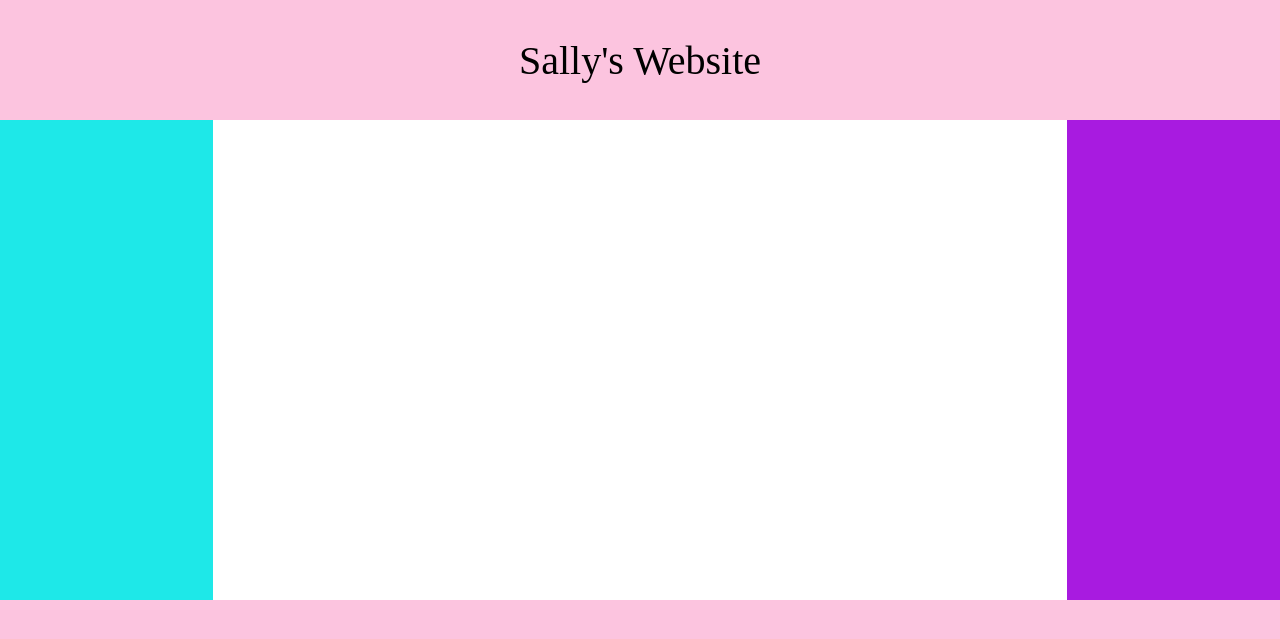
Repository: tianjiewang2022/tianjiewang2022.github.io
Page: index.html
The author's editor kept a copy of each file at every save. The page is drawn from the files as they stood at one save, then again after the next save.
The browser window is 1280 px wide. The pictures show the whole page.

Above is the page before, as saved 2023-10-02 23:06:34.

### index.html
<!DOCTYPE html>
<html lang="en">

    <head>
        <meta charset="UTF-8">
        <meta name="viewport" content="width=device-width, initial-scale=1.0">
        <title>Sally's Webpage</title>
        <style>
            body {
                margin: 0;
                padding: 0;
                display: grid;
                grid-template-rows: repeat(6, 1fr);
                grid-template-columns: repeat(6, 1fr);
                height: 100vh;
            }

            header {
                background-color: rgb(252, 196, 223);
                color: rgb(0, 0, 0);
                grid-column: 1 / span 6;
                grid-row: 1 / span 1;
                display: flex;
                justify-content: center;
                align-items: center;
                font-size: 40px;
                z-index: 100;
                height: calc(100vh / 6);
                /* Set the height of the header */
            }

            .left_bar {
                background-color: rgb(30, 232, 232);
                grid-row: 2 / span 4;
                grid-column: 1 / span 1;
                position: fixed;
                height: calc(4 * (100vh / 6));
                /* Set the height of the left bar */
                width: calc(1 * (100vw / 6));
                /* Set the width of the left bar */
                left: 0;
                /* Position the left bar at the left side */
            }

            /* .main_area {
                background-color: rgb(30, 240, 72);
                grid-row: 2 / span 4;
                grid-column: 2 / span 4;
                display: flex;
                grid-template-columns: 1fr;
                flex-wrap: wrap;
                justify-content: center;
                position: relative;
                height: calc(4 * (100vh / 6));
                width: calc(4 * (100vw / 6));
                align-items: center;
            } */

            .right_bar {
                background-color: rgb(168, 27, 224);
                grid-row: 2 / span 4;
                grid-column: 5 / span 1;
                position: fixed;
                height: calc(4 * (100vh / 6));
                /* Set the height of the left bar */
                width: calc(1 * (100vw / 6));
                /* Set the width of the left bar */
                right: 0;
                /* Position the left bar at the left side */
            }

            footer {
                background-color: rgb(252, 196, 223);
                grid-column: 1 / span 6;
                grid-row: 6 / span 1;
                /* Place the footer in the last row */
                display: flex;
                justify-content: center;
                align-items: center;
                z-index: 100;
                height: calc(100vh / 6);
                /* Set the height of the footer */
            }
        </style>
    </head>

    <body>
        <header>
            Sally's Website
        </header>
        <div>
            <!-- Your content goes here -->
            <span class="left_bar"></span>
            <span class="right_bar"></span>
            <!-- <span class="main_area"></span> -->

        </div>
        <footer></footer>
    </body>

</html>

After the next save:
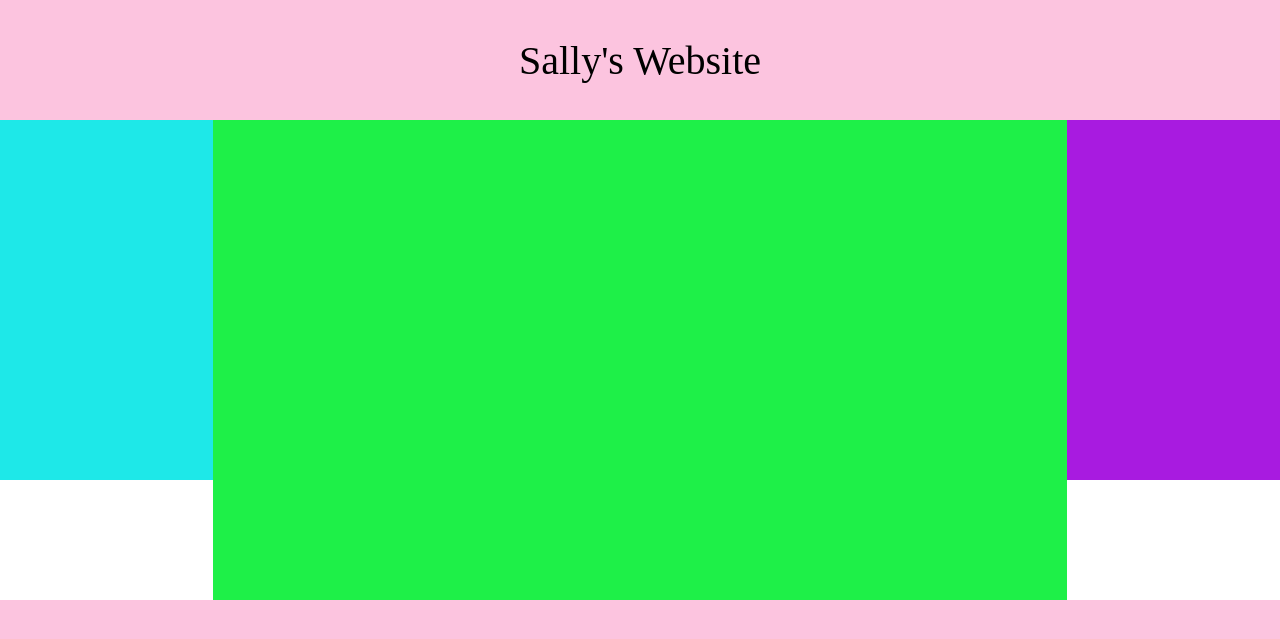
Saved 6 min 15 s later.
--- a/index.html
+++ b/index.html
@@ -42,7 +42,7 @@
                 /* Position the left bar at the left side */
             }
 
-            /* .main_area {
+            .main_area {
                 background-color: rgb(30, 240, 72);
                 grid-row: 2 / span 4;
                 grid-column: 2 / span 4;
@@ -54,7 +54,7 @@
                 height: calc(4 * (100vh / 6));
                 width: calc(4 * (100vw / 6));
                 align-items: center;
-            } */
+            }
 
             .right_bar {
                 background-color: rgb(168, 27, 224);
@@ -88,13 +88,13 @@
         <header>
             Sally's Website
         </header>
-        <div>
-            <!-- Your content goes here -->
-            <span class="left_bar"></span>
-            <span class="right_bar"></span>
-            <!-- <span class="main_area"></span> -->
+        <!-- <div> -->
+        <!-- Your content goes here -->
+        <span class="left_bar"></span>
+        <span class="right_bar"></span>
+        <span class="main_area"></span>
 
-        </div>
+        <!-- </div> -->
         <footer></footer>
     </body>
 
